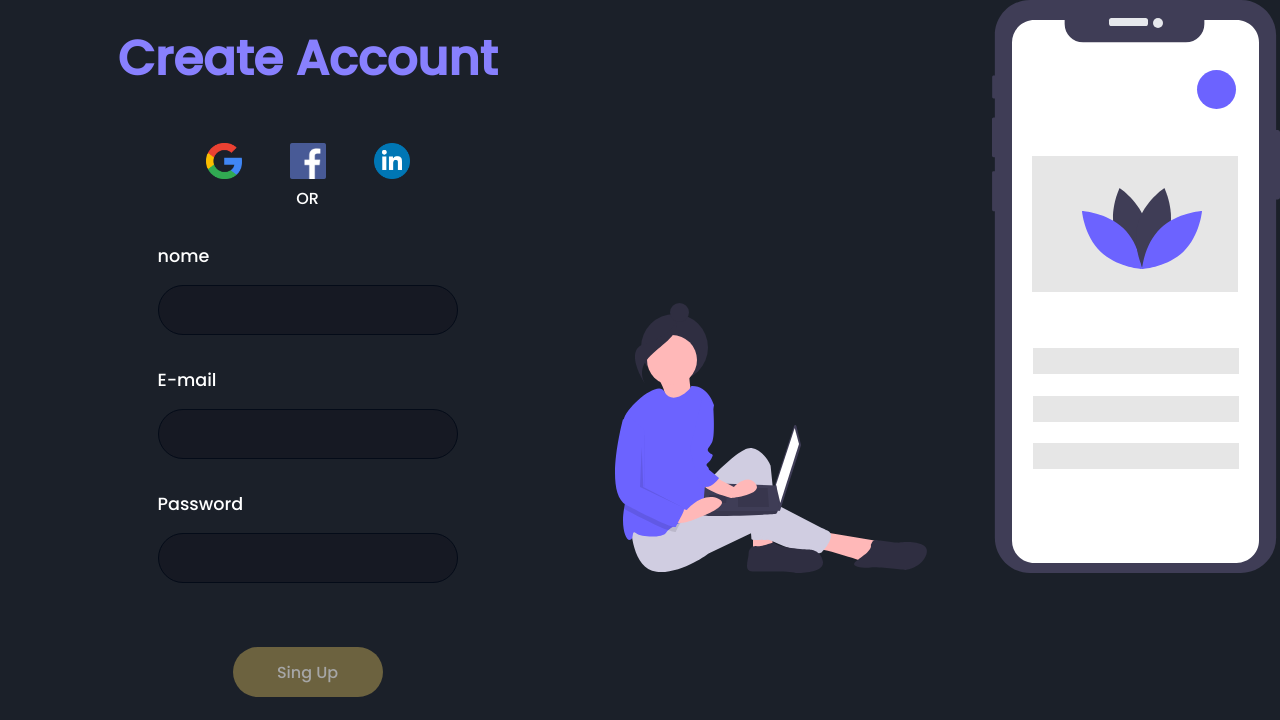
Repository: daniel-victorr/Cadastro
Page: login.html
An editor plug-in stored every save of this project. The page is shown before and after a run of saves, followed by the edit.
The browser window is 1280 px wide. The pictures show the whole page.

Above is the page before, as saved 2022-02-17 16:40:49.

After the next 2 saves:
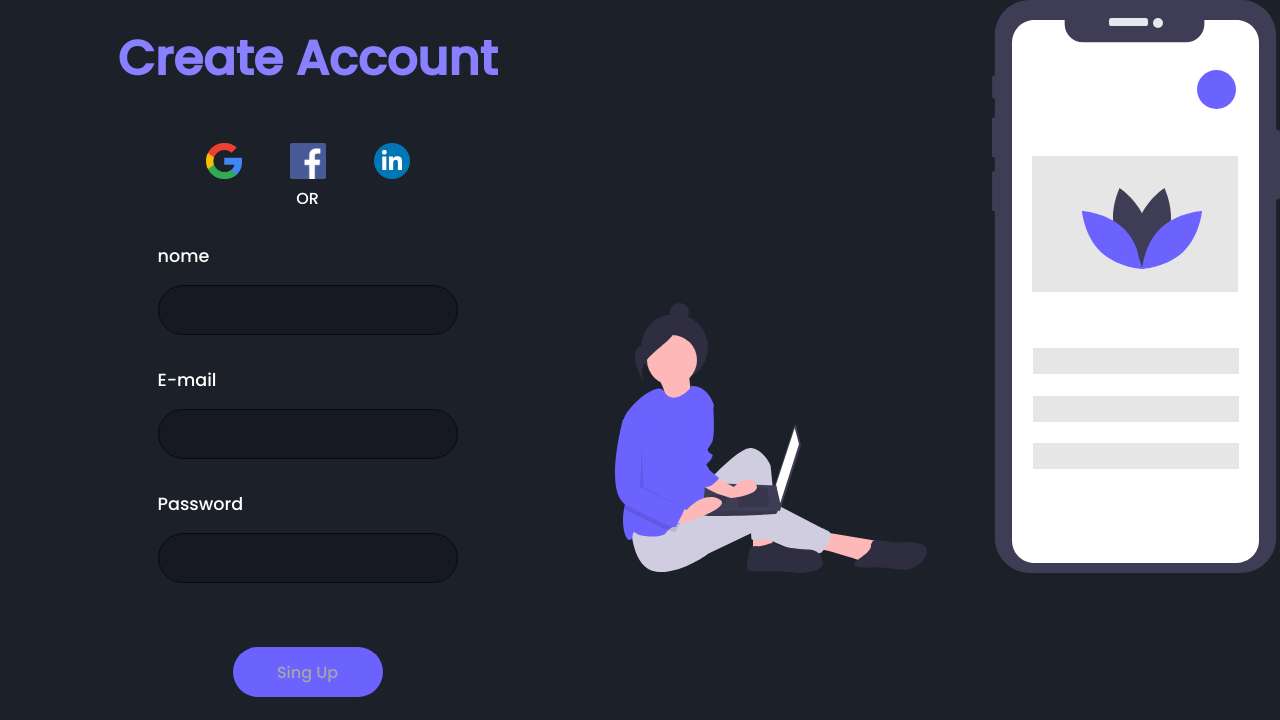
The 2 saves are shown as one change because they came seconds apart.
The last was saved 11 s later.
--- a/Cadastro.css
+++ b/Cadastro.css
@@ -85,5 +85,5 @@ main form input[type="submit"]{
     margin-top: 4rem;
     border: none;
     border-radius:32px;
-    background: #6C623FFF;
+    background: #6C63FF;
 }
